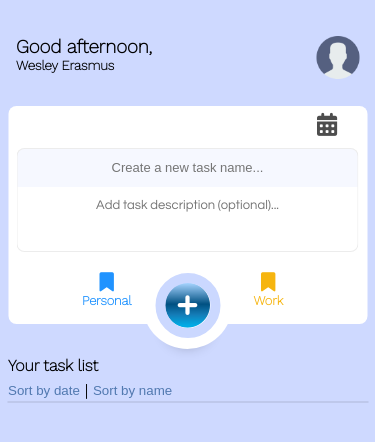
Repository: WesleyErasmus/Todo-App
Page: todoApp.html
An editor plug-in stored every save of this project. The page is shown before and after the next save, followed by the edit.
The browser window is 375 px wide. The pictures show the whole page.
Some web libraries are served in a nearby version.

Above is the page before, as saved 2022-06-25 12:29:30.

After the next save:
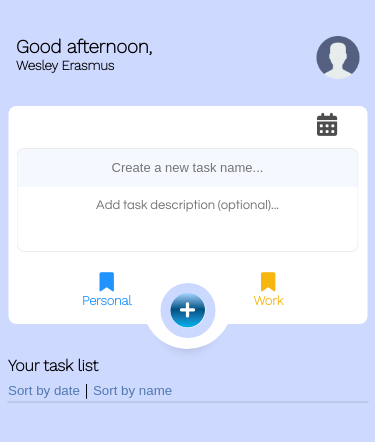
Saved 62 s later.
--- a/source/css/todoApp.css
+++ b/source/css/todoApp.css
@@ -822,16 +822,8 @@ header {
 /* Add new task submit button */
 #add-task-btn {
   z-index: 10;
-  position: absolute;
-  display: block;
-  margin: 0 auto;
   bottom: -86px;
-  color: #ffffff;
-  background: var(--primary-gradient);
-  -webkit-background-clip: text;
-  -webkit-text-fill-color: transparent;
   border: 10px solid #cbd8ff;
-  border-radius: 9999px;
   transition: all 0s;
 }
 /* Hover */
@@ -856,7 +848,7 @@ header {
 }
 /* Task submit button sizing */
 .fa-circle-plus {
-  font-size: 45px;
+  font-size: 35px;
 }
 /* END OF TODO INPUTS AND SUBMIT BTN STYLING */
 
